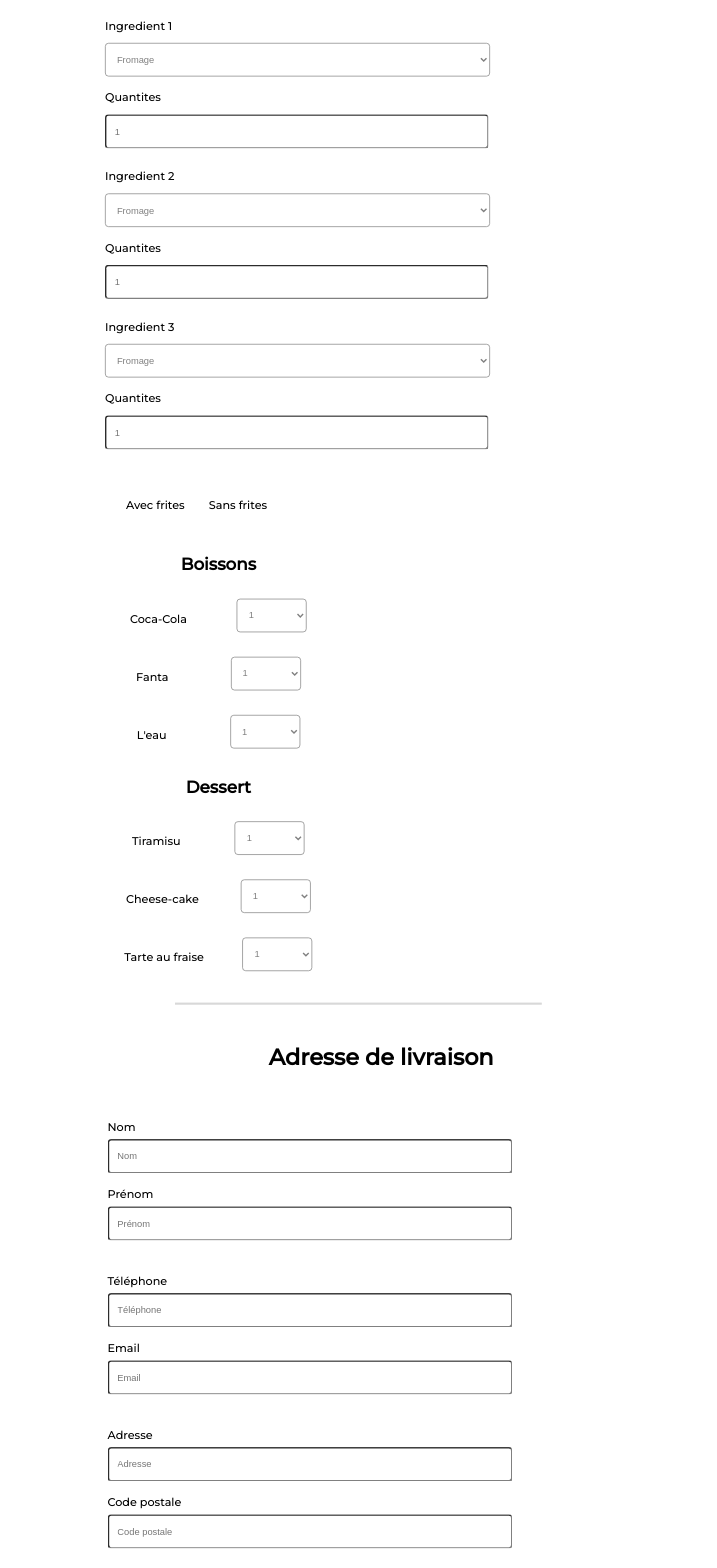
Repository: Ahlam-belhadj/bella-olange
Page: index2.html
These files come from the project's save history. The page is drawn as it stood at one moment and after a run of saves; the edit follows.
The browser window is 1024 px wide. The pictures show the part of the page from y = 1936 to 4176 px (the page is 4581 px tall), at 70% of full size.

Above is the page before, as saved 2023-02-14 19:53:18.

After the next 4 saves:
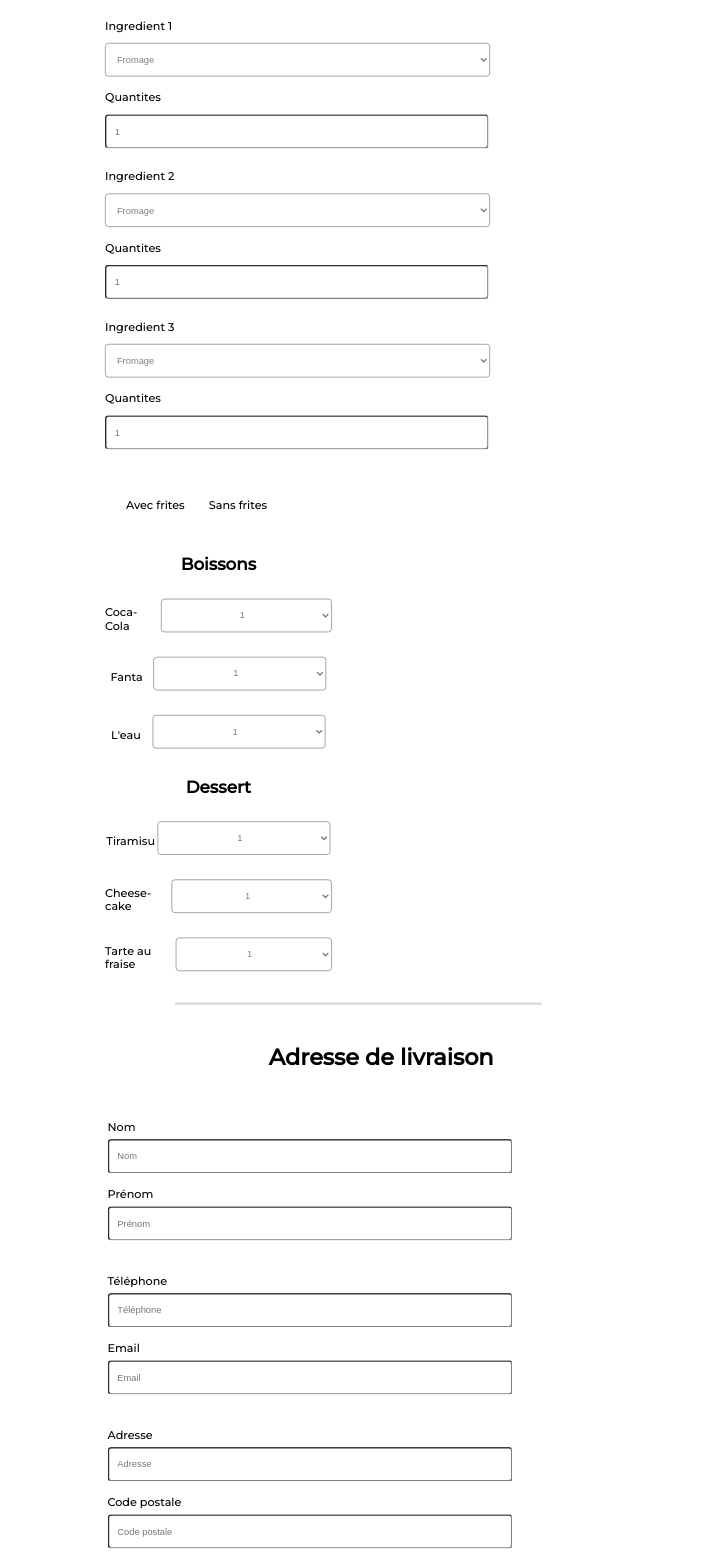
The 4 saves are shown as one change because they came seconds apart.
The last was saved 115 s later.
--- a/style2.css
+++ b/style2.css
@@ -472,8 +472,11 @@ h1{
 }
 
 .Fromage{
-  width: 100px;
-}
+
+  width: 247px;
+text-align: center;
+}
+
 
 h2{
   text-align: center;
